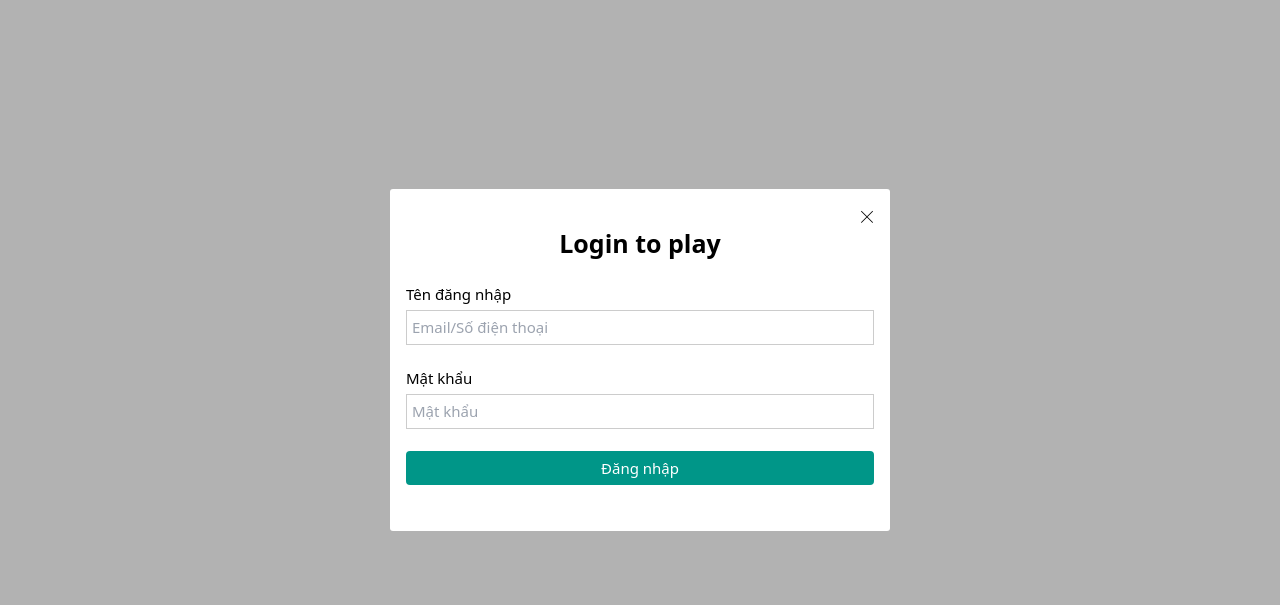
Repository: Teddy1705/demo_pj
Page: /
An editor plug-in stored every save of this project. The page is shown before and after the next save, followed by the edit.
The browser window is 1280 px wide. The pictures show the whole page.
The project was rebuilt for these pictures with package versions that can differ from the ones it lists, and the page was loaded fresh each time. Also part of the build but not shown: vite.config.js.

Above is the page before, as saved 2024-04-16 10:29:34.

### index.html
<!DOCTYPE html>
<html lang="en">
  <head>
    <meta charset="UTF-8" />
    <link rel="icon" type="image/svg+xml" href="/vite.svg" />
    <meta name="viewport" content="width=device-width, initial-scale=1.0" />
    <title>Tic Tac Toe</title>
    <link rel="stylesheet" href="./src/index.css" />
    <link
      rel="stylesheet"
      href="./src/assets/themify-icons/themify-icons.css"
    />
  </head>
  <body>
    <div id="root"></div>
    <script type="module" src="/src/main.jsx"></script>
  </body>
</html>

### src/index.css
:root {
  --white-color: #fff;
  --black-color: #000;
}

/*
1. Prevent padding and border from affecting element width. (https://github.com/mozdevs/cssremedy/issues/4)
2. Allow adding a border to an element by just adding a border-width. (https://github.com/tailwindcss/tailwindcss/pull/116)
*/

*,
::before,
::after {
  box-sizing: border-box;
  /* 1 */
  border-width: 0;
  /* 2 */
  border-style: solid;
  /* 2 */
  border-color: #e5e7eb;
  /* 2 */
}

::before,
::after {
  --tw-content: "";
}

/*
1. Use a consistent sensible line-height in all browsers.
2. Prevent adjustments of font size after orientation changes in iOS.
3. Use a more readable tab size.
4. Use the user's configured `sans` font-family by default.
5. Use the user's configured `sans` font-feature-settings by default.
6. Use the user's configured `sans` font-variation-settings by default.
7. Disable tap highlights on iOS
*/

html,
:host {
  line-height: 1.5;
  /* 1 */
  -webkit-text-size-adjust: 100%;
  /* 2 */
  -moz-tab-size: 4;
  /* 3 */
  -o-tab-size: 4;
  tab-size: 4;
  /* 3 */
  font-family: ui-sans-serif, system-ui, sans-serif, "Apple Color Emoji",
    "Segoe UI Emoji", "Segoe UI Symbol", "Noto Color Emoji";
  /* 4 */
  font-feature-settings: normal;
  /* 5 */
  font-variation-settings: normal;
  /* 6 */
  -webkit-tap-highlight-color: transparent;
  /* 7 */
}

/*
1. Remove the margin in all browsers.
2. Inherit line-height from `html` so users can set them as a class directly on the `html` element.
*/

body {
  margin: 0;
  /* 1 */
  line-height: inherit;
  /* 2 */
}

/*
1. Add the correct height in Firefox.
2. Correct the inheritance of border color in Firefox. (https://bugzilla.mozilla.org/show_bug.cgi?id=190655)
3. Ensure horizontal rules are visible by default.
*/

hr {
  height: 0;
  /* 1 */
  color: inherit;
  /* 2 */
  border-top-width: 1px;
  /* 3 */
}

/*
Add the correct text decoration in Chrome, Edge, and Safari.
*/

abbr:where([title]) {
  -webkit-text-decoration: underline dotted;
  text-decoration: underline dotted;
}

/*
Remove the default font size and weight for headings.
*/

h1,
h2,
h3,
h4,
h5,
h6 {
  font-size: inherit;
  font-weight: inherit;
}

/*
Reset links to optimize for opt-in styling instead of opt-out.
*/

a {
  color: inherit;
  text-decoration: inherit;
}

/*
Add the correct font weight in Edge and Safari.
*/

b,
strong {
  font-weight: bolder;
}

/*
1. Use the user's configured `mono` font-family by default.
2. Use the user's configured `mono` font-feature-settings by default.
3. Use the user's configured `mono` font-variation-settings by default.
4. Correct the odd `em` font sizing in all browsers.
*/

code,
kbd,
samp,
pre {
  font-family: ui-monospace, SFMono-Regular, Menlo, Monaco, Consolas,
    "Liberation Mono", "Courier New", monospace;
  /* 1 */
  font-feature-settings: normal;
  /* 2 */
  font-variation-settings: normal;
  /* 3 */
  font-size: 1em;
  /* 4 */
}

/*
Add the correct font size in all browsers.
*/

small {
  font-size: 80%;
}

/*
Prevent `sub` and `sup` elements from affecting the line height in all browsers.
*/

sub,
sup {
  font-size: 75%;
  line-height: 0;
  position: relative;
  vertical-align: baseline;
}

sub {
  bottom: -0.25em;
}

sup {
  top: -0.5em;
}

/*
1. Remove text indentation from table contents in Chrome and Safari. (https://bugs.chromium.org/p/chromium/issues/detail?id=999088, https://bugs.webkit.org/show_bug.cgi?id=201297)
2. Correct table border color inheritance in all Chrome and Safari. (https://bugs.chromium.org/p/chromium/issues/detail?id=935729, https://bugs.webkit.org/show_bug.cgi?id=195016)
3. Remove gaps between table borders by default.
*/

table {
  text-indent: 0;
  /* 1 */
  border-color: inherit;
  /* 2 */
  border-collapse: collapse;
  /* 3 */
}

/*
1. Change the font styles in all browsers.
2. Remove the margin in Firefox and Safari.
3. Remove default padding in all browsers.
*/

button,
input,
optgroup,
select,
textarea {
  font-family: inherit;
  /* 1 */
  font-feature-settings: inherit;
  /* 1 */
  font-variation-settings: inherit;
  /* 1 */
  font-size: 100%;
  /* 1 */
  font-weight: inherit;
  /* 1 */
  line-height: inherit;
  /* 1 */
  letter-spacing: inherit;
  /* 1 */
  color: inherit;
  /* 1 */
  margin: 0;
  /* 2 */
  padding: 0;
  /* 3 */
}

/*
Remove the inheritance of text transform in Edge and Firefox.
*/

button,
select {
  text-transform: none;
}

/*
1. Correct the inability to style clickable types in iOS and Safari.
2. Remove default button styles.
*/

button,
input:where([type="button"]),
input:where([type="reset"]),
input:where([type="submit"]) {
  -webkit-appearance: button;
  /* 1 */
  background-color: transparent;
  /* 2 */
  background-image: none;
  /* 2 */
}

/*
Use the modern Firefox focus style for all focusable elements.
*/

:-moz-focusring {
  outline: auto;
}

/*
Remove the additional `:invalid` styles in Firefox. (https://github.com/mozilla/gecko-dev/blob/2f9eacd9d3d995c937b4251a5557d95d494c9be1/layout/style/res/forms.css#L728-L737)
*/

:-moz-ui-invalid {
  box-shadow: none;
}

/*
Add the correct vertical alignment in Chrome and Firefox.
*/

progress {
  vertical-align: baseline;
}

/*
Correct the cursor style of increment and decrement buttons in Safari.
*/

::-webkit-inner-spin-button,
::-webkit-outer-spin-button {
  height: auto;
}

/*
1. Correct the odd appearance in Chrome and Safari.
2. Correct the outline style in Safari.
*/

[type="search"] {
  -webkit-appearance: textfield;
  /* 1 */
  outline-offset: -2px;
  /* 2 */
}

/*
Remove the inner padding in Chrome and Safari on macOS.
*/

::-webkit-search-decoration {
  -webkit-appearance: none;
}

/*
1. Correct the inability to style clickable types in iOS and Safari.
2. Change font properties to `inherit` in Safari.
*/

::-webkit-file-upload-button {
  -webkit-appearance: button;
  /* 1 */
  font: inherit;
  /* 2 */
}

/*
Add the correct display in Chrome and Safari.
*/

summary {
  display: list-item;
}

/*
Removes the default spacing and border for appropriate elements.
*/

blockquote,
dl,
dd,
h1,
h2,
h3,
h4,
h5,
h6,
hr,
figure,
p,
pre {
  margin: 0;
}

fieldset {
  margin: 0;
  padding: 0;
}

legend {
  padding: 0;
}

ol,
ul,
menu {
  list-style: none;
  margin: 0;
  padding: 0;
}

/*
Reset default styling for dialogs.
*/

dialog {
  padding: 0;
}

/*
Prevent resizing textareas horizontally by default.
*/

textarea {
  resize: vertical;
}

/*
1. Reset the default placeholder opacity in Firefox. (https://github.com/tailwindlabs/tailwindcss/issues/3300)
2. Set the default placeholder color to the user's configured gray 400 color.
*/

input::-moz-placeholder,
textarea::-moz-placeholder {
  opacity: 1;
  /* 1 */
  color: #9ca3af;
  /* 2 */
}

input::placeholder,
textarea::placeholder {
  opacity: 1;
  /* 1 */
  color: #9ca3af;
  /* 2 */
}

/*
Set the default cursor for buttons.
*/

button,
[role="button"] {
  cursor: pointer;
}

/*
Make sure disabled buttons don't get the pointer cursor.
*/

:disabled {
  cursor: default;
}

/*
1. Make replaced elements `display: block` by default. (https://github.com/mozdevs/cssremedy/issues/14)
2. Add `vertical-align: middle` to align replaced elements more sensibly by default. (https://github.com/jensimmons/cssremedy/issues/14#issuecomment-634934210)
   This can trigger a poorly considered lint error in some tools but is included by design.
*/

img,
svg,
video,
canvas,
audio,
iframe,
embed,
object {
  display: block;
  /* 1 */
  vertical-align: middle;
  /* 2 */
}

/*
Constrain images and videos to the parent width and preserve their intrinsic aspect ratio. (https://github.com/mozdevs/cssremedy/issues/14)
*/

img,
video {
  max-width: 100%;
  height: auto;
}

/* Make elements with the HTML hidden attribute stay hidden by default */

[hidden] {
  display: none;
}

*,
::before,
::after {
  --tw-border-spacing-x: 0;
  --tw-border-spacing-y: 0;
  --tw-translate-x: 0;
  --tw-translate-y: 0;
  --tw-rotate: 0;
  --tw-skew-x: 0;
  --tw-skew-y: 0;
  --tw-scale-x: 1;
  --tw-scale-y: 1;
  --tw-pan-x: ;
  --tw-pan-y: ;
  --tw-pinch-zoom: ;
  --tw-scroll-snap-strictness: proximity;
  --tw-gradient-from-position: ;
  --tw-gradient-via-position: ;
  --tw-gradient-to-position: ;
  --tw-ordinal: ;
  --tw-slashed-zero: ;
  --tw-numeric-figure: ;
  --tw-numeric-spacing: ;
  --tw-numeric-fraction: ;
  --tw-ring-inset: ;
  --tw-ring-offset-width: 0px;
  --tw-ring-offset-color: #fff;
  --tw-ring-color: rgb(59 130 246 / 0.5);
  --tw-ring-offset-shadow: 0 0 #0000;
  --tw-ring-shadow: 0 0 #0000;
  --tw-shadow: 0 0 #0000;
  --tw-shadow-colored: 0 0 #0000;
  --tw-blur: ;
  --tw-brightness: ;
  --tw-contrast: ;
  --tw-grayscale: ;
  --tw-hue-rotate: ;
  --tw-invert: ;
  --tw-saturate: ;
  --tw-sepia: ;
  --tw-drop-shadow: ;
  --tw-backdrop-blur: ;
  --tw-backdrop-brightness: ;
  --tw-backdrop-contrast: ;
  --tw-backdrop-grayscale: ;
  --tw-backdrop-hue-rotate: ;
  --tw-backdrop-invert: ;
  --tw-backdrop-opacity: ;
  --tw-backdrop-saturate: ;
  --tw-backdrop-sepia: ;
  --tw-contain-size: ;
  --tw-contain-layout: ;
  --tw-contain-paint: ;
  --tw-contain-style: ;
}

::backdrop {
  --tw-border-spacing-x: 0;
  --tw-border-spacing-y: 0;
  --tw-translate-x: 0;
  --tw-translate-y: 0;
  --tw-rotate: 0;
  --tw-skew-x: 0;
  --tw-skew-y: 0;
  --tw-scale-x: 1;
  --tw-scale-y: 1;
  --tw-pan-x: ;
  --tw-pan-y: ;
  --tw-pinch-zoom: ;
  --tw-scroll-snap-strictness: proximity;
  --tw-gradient-from-position: ;
  --tw-gradient-via-position: ;
  --tw-gradient-to-position: ;
  --tw-ordinal: ;
  --tw-slashed-zero: ;
  --tw-numeric-figure: ;
  --tw-numeric-spacing: ;
  --tw-numeric-fraction: ;
  --tw-ring-inset: ;
  --tw-ring-offset-width: 0px;
  --tw-ring-offset-color: #fff;
  --tw-ring-color: rgb(59 130 246 / 0.5);
  --tw-ring-offset-shadow: 0 0 #0000;
  --tw-ring-shadow: 0 0 #0000;
  --tw-shadow: 0 0 #0000;
  --tw-shadow-colored: 0 0 #0000;
  --tw-blur: ;
  --tw-brightness: ;
  --tw-contrast: ;
  --tw-grayscale: ;
  --tw-hue-rotate: ;
  --tw-invert: ;
  --tw-saturate: ;
  --tw-sepia: ;
  --tw-drop-shadow: ;
  --tw-backdrop-blur: ;
  --tw-backdrop-brightness: ;
  --tw-backdrop-contrast: ;
  --tw-backdrop-grayscale: ;
  --tw-backdrop-hue-rotate: ;
  --tw-backdrop-invert: ;
  --tw-backdrop-opacity: ;
  --tw-backdrop-saturate: ;
  --tw-backdrop-sepia: ;
  --tw-contain-size: ;
  --tw-contain-layout: ;
  --tw-contain-paint: ;
  --tw-contain-style: ;
}

#modal {
  position: fixed;
  top: 0;
  right: 0;
  bottom: 0;
  left: 0;
  display: flex;
  align-items: center;
  justify-content: center;
}

#modal .modal__overlay {
  position: absolute;
  width: 100%;
  height: 100%;
  background-color: rgba(0, 0, 0, 0.3);
}

#modal .modal__body {
  position: relative;
  background-color: var(--white-color);
  margin: auto;
  width: 500px;
  min-height: 300px;
  padding: 16px;
  border-radius: 3px;
}

.auth-form {
}

.auth-form__heading {
  font-size: 25px;
  font-weight: 700;
  text-align: center;
  margin: 20px 0;
}

.auth-form__close {
  position: absolute;
  top: 0;
  right: 0;
  font-size: 14px;
  padding: 18px 16px;
}

.auth-form__close:hover {
  background-color: #ccc;
  cursor: pointer;
}

.auth-form__info {
}

.auth-form__info-details {
}

.auth-form__label {
  display: block;
  font-size: 15px;
  font-weight: 500;
}

.auth-form__info-input {
  border: 1px solid #ccc;
  width: 100%;
  font-size: 15px;
  padding: 5px;
  margin: 5px 0 22px;
}

.auth-form__btn {
  width: 100%;
  background-color: #009688;
  color: #fff;
  font-size: 15px;
  padding: 6px;
  border-radius: 4px;
  margin-bottom: 30px;
}

### src/main.jsx
import React from "react";
import ReactDOM from "react-dom/client";
import App from "./App.jsx";
import { createBrowserRouter, RouterProvider } from "react-router-dom";
import Root from "./routes/root";
import "./index.css";

const router = createBrowserRouter([
  {
    path: "/",
    element: <Root />,
  },
]);

ReactDOM.createRoot(document.getElementById("root")).render(
  <React.StrictMode>
    <RouterProvider router={router} />
    <App />
  </React.StrictMode>
);

### src/routes/root.jsx
export default function Root() {
  return (
    <>
      <div id="modal">
        <div className="modal__overlay"></div>
        <div className="modal__body">
          <div className="auth-form">
            <h1 className="auth-form__heading">Login to play</h1>
            <div className="auth-form__close">
              <i className="ti-close"></i>
            </div>
            <div className="auth-form__info">
              <div className="auth-form__info-details">
                <label htmlFor="" className="auth-form__label">
                  Tên đăng nhập
                </label>
                <input
                  type="text"
                  className="auth-form__info-input"
                  placeholder="Email/Số điện thoại"
                />
              </div>
              <div className="auth-form__info-details">
                <label htmlFor="" className="auth-form__label">
                  Mật khẩu
                </label>
                <input
                  type="password"
                  className="auth-form__info-input"
                  placeholder="Mật khẩu"
                />
              </div>
            </div>
            <button className="auth-form__btn">
              <a
                href={`https://codesandbox.io/s/q2z497?file=%2Fsrc%2FApp.js&utm_medium=sandpack`}
                className=""
              >
                Đăng nhập
              </a>
            </button>
          </div>
        </div>
      </div>
      <div id="detail"></div>
    </>
  );
}

Loaded but not shown: src/assets/themify-icons/themify-icons.css (common file); src/App.jsx (common file)

After the next save:
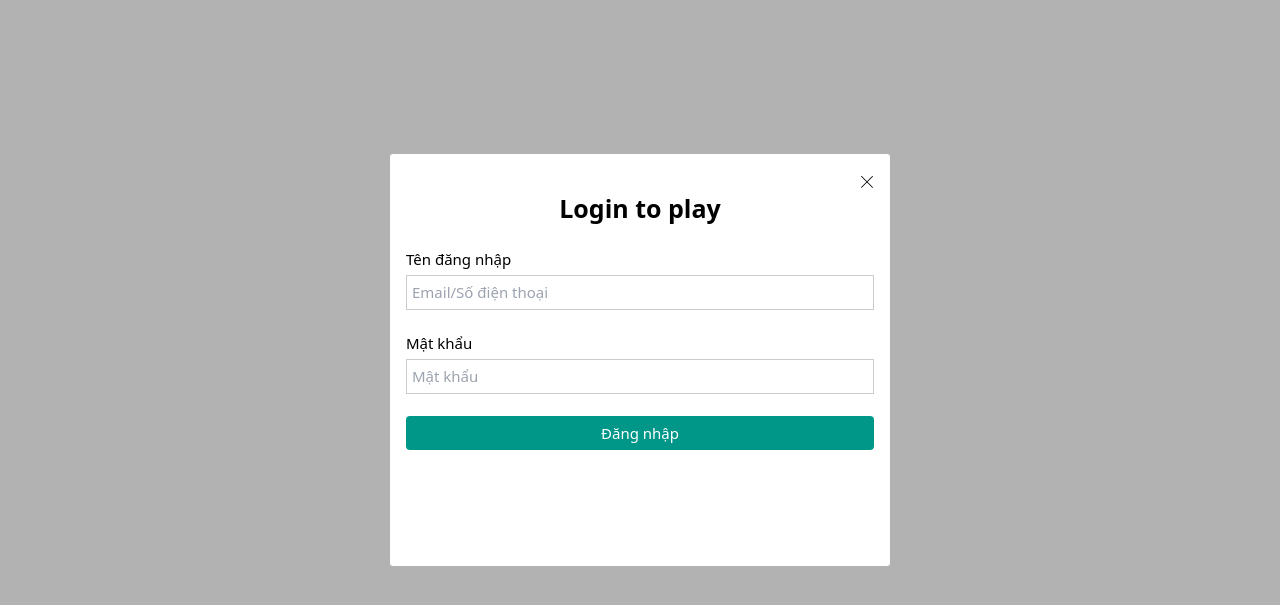
Saved 12 s later.
--- a/src/index.css
+++ b/src/index.css
@@ -638,5 +638,5 @@ video {
   font-size: 15px;
   padding: 6px;
   border-radius: 4px;
-  margin-bottom: 30px;
-}
+  margin-bottom: 100px;
+}
